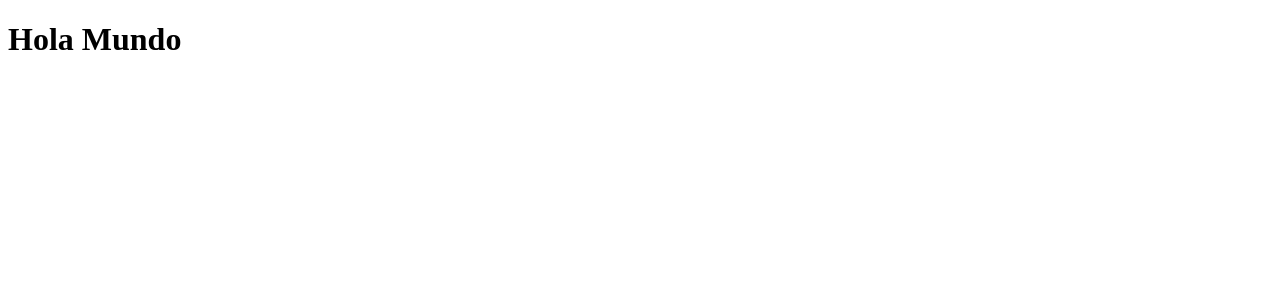
Repository: Klauditha/desafio_modulo_react
Page: / (app in 01_Introduccion/ClasePrincipal/)
These files come from the project's save history. The page is drawn as it stood at one moment and after the next save; the edit follows.
The browser window is 1280 px wide. The pictures show the whole page.
The project was rebuilt for these pictures with package versions that can differ from the ones it lists, and the page was loaded fresh each time. Also part of the build but not shown: 01_Introduccion/ClasePrincipal/vite.config.js, 01_Introduccion/ClasePrincipal/src/index.css.

Above is the page before, as saved 2023-09-07 23:07:53.

After the next save:
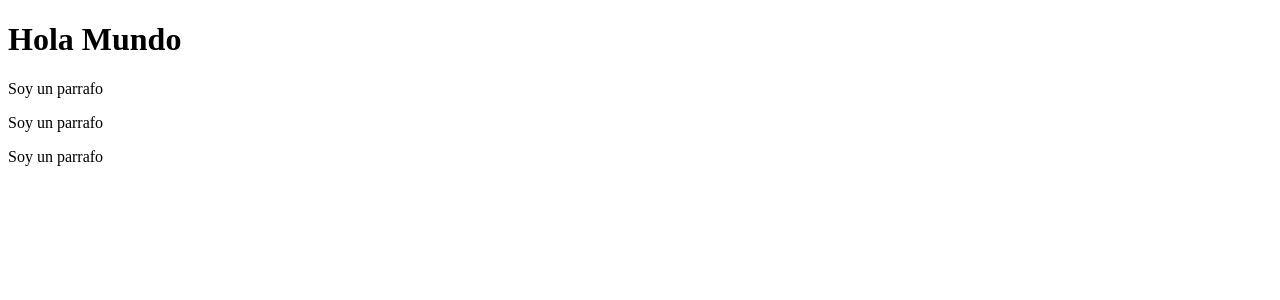
Saved 16 s later.
--- a/01_Introduccion/ClasePrincipal/src/App.jsx
+++ b/01_Introduccion/ClasePrincipal/src/App.jsx
@@ -2,6 +2,9 @@ const App = () => {
   return (
     <>
       <h1>Hola Mundo</h1>
+      <p>Soy un parrafo</p>
+      <p>Soy un parrafo</p>
+      <p>Soy un parrafo</p>
     </>
   );
 };
